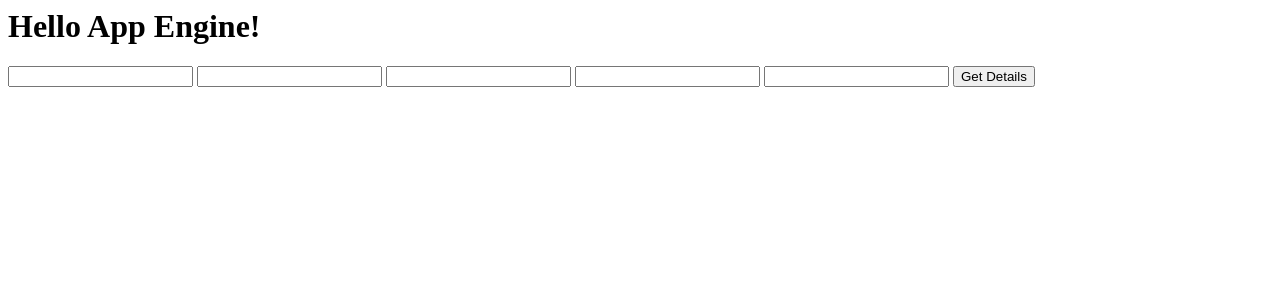
Repository: aneeshsingh/workspace
Page: analytics/war/index.html
An editor plug-in stored every save of this project. The page is shown before and after the next save, followed by the edit.
The browser window is 1280 px wide. The pictures show the whole page.

Above is the page before, as saved 2016-03-06 23:56:42.

After the next save:
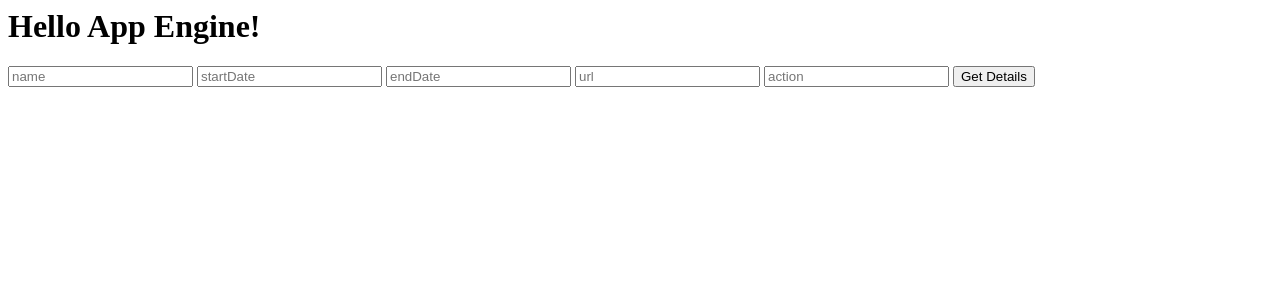
Saved 72 s later.
--- a/analytics/war/index.html
+++ b/analytics/war/index.html
@@ -17,11 +17,11 @@
 
 		<form action="GetAnalyticsServlet" method="post">
 
-			<input type="text" name="name" id="name" />
-			<input type="text" name="startDate" id="startDate" />
-			<input type="text" name="endDate" id="endDate" />
-			<input type="text" name="url" id="url" />
-			<input type="text" name="action" id="action" />
+			<input type="text" name="name" id="name" placeholder="name"/>
+			<input type="text" name="startDate" id="startDate" placeholder="startDate" value="" />
+			<input type="text" name="endDate" id="endDate" placeholder="endDate" " value=""/>
+			<input type="text" name="url" id="url" placeholder="url" />
+			<input type="text" name="action" id="action" placeholder="action" />
 
 			<input type="submit" value="Get Details" />
 	</form>
